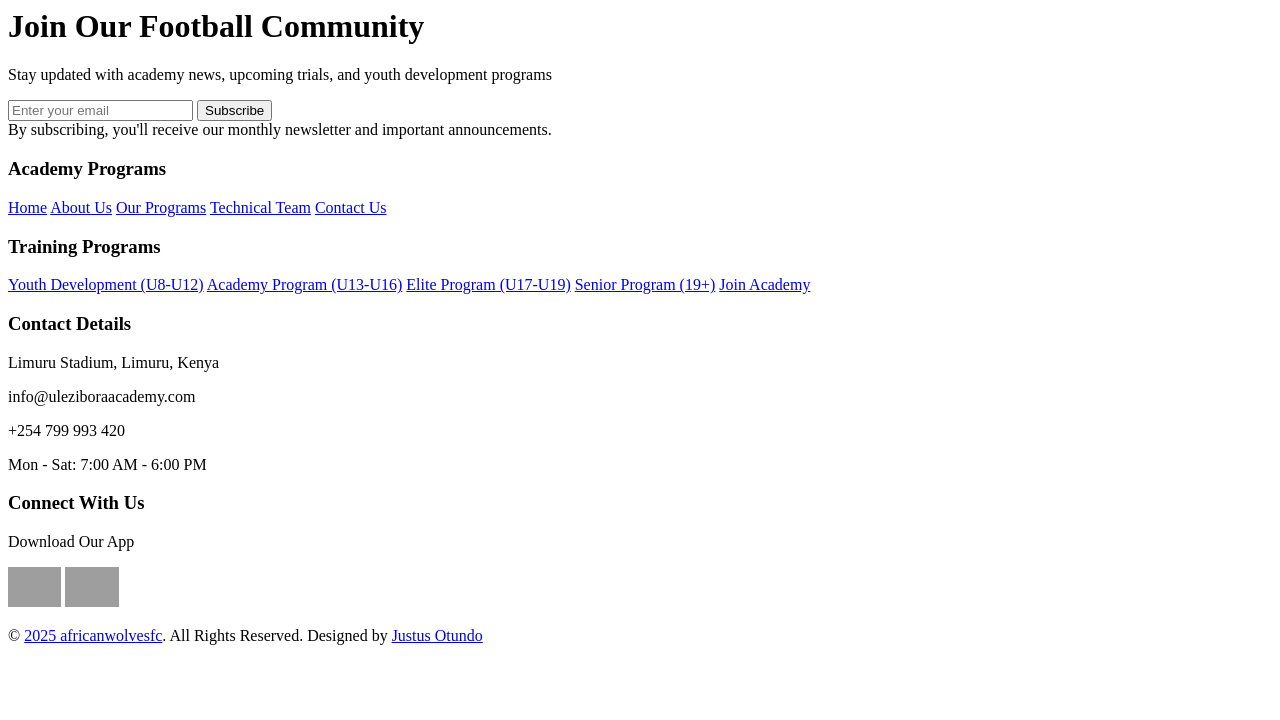
Repository: Justus-Otundo/uleziborafc
Page: footer.html
These files come from the project's save history. The page is drawn as it stood at one moment and after the next save; the edit follows.
The browser window is 1280 px wide. The pictures show the whole page.
Pictures or frames that could not be fetched are drawn as grey boxes.

Above is the page before, as saved 2025-07-15 12:57:54.

### footer.html
<!-- Footer Start -->
<div class="container-fluid bg-primary newsletter-section p-5">
    <div class="row g-5">
        <div class="col-12 text-center">
            <h1 class="display-5 mb-4 text-white">Join Our Football Community</h1>
            <p class="text-white-50 mb-4">Stay updated with academy news, upcoming trials, and youth development programs</p>
            <form class="newsletter-form mx-auto" style="max-width: 600px;">
                <div class="input-group">
                    <input type="email" class="form-control border-light p-3" placeholder="Enter your email" required>
                    <button class="btn btn-light px-4 py-3" type="submit">
                        <i class="fas fa-paper-plane me-2"></i>Subscribe
                    </button>
                </div>
                <div class="form-text text-white-50 mt-2">By subscribing, you'll receive our monthly newsletter and important announcements.</div>
            </form>
        </div>
    </div>
</div>
<div class="container-fluid bg-dark text-secondary p-5">
    <div class="row g-5">
        <div class="col-lg-3 col-md-6">
            <h3 class="text-white mb-4">Academy Programs</h3>
            <div class="d-flex flex-column justify-content-start">
                <a class="text-secondary mb-2" href="index.html"><i class="fas fa-angle-right text-primary me-2"></i>Home</a>
                <a class="text-secondary mb-2" href="about.html"><i class="fas fa-angle-right text-primary me-2"></i>About Us</a>
                <a class="text-secondary mb-2" href="service.html"><i class="fas fa-angle-right text-primary me-2"></i>Our Programs</a>
                <a class="text-secondary mb-2" href="coachingstaff.html"><i class="fas fa-angle-right text-primary me-2"></i>Technical Team</a>
                <a class="text-secondary" href="contact.html"><i class="fas fa-angle-right text-primary me-2"></i>Contact Us</a>
            </div>
        </div>
        <div class="col-lg-3 col-md-6">
            <h3 class="text-white mb-4">Training Programs</h3>
            <div class="d-flex flex-column justify-content-start">
                <a class="text-secondary mb-2" href="service.html#youth"><i class="fas fa-futbol text-primary me-2"></i>Youth Development (U8-U12)</a>
                <a class="text-secondary mb-2" href="service.html#academy"><i class="fas fa-futbol text-primary me-2"></i>Academy Program (U13-U16)</a>
                <a class="text-secondary mb-2" href="service.html#elite"><i class="fas fa-futbol text-primary me-2"></i>Elite Program (U17-U19)</a>
                <a class="text-secondary mb-2" href="service.html#senior"><i class="fas fa-futbol text-primary me-2"></i>Senior Program (19+)</a>
                <a class="text-secondary" href="registration.html"><i class="fas fa-user-plus text-primary me-2"></i>Join Academy</a>
            </div>
        </div>
        <div class="col-lg-3 col-md-6">
            <h3 class="text-white mb-4">Contact Details</h3>
            <p class="mb-2"><i class="fas fa-map-marker-alt text-primary me-2"></i>Limuru Stadium, Limuru, Kenya</p>
            <p class="mb-2"><i class="fas fa-envelope text-primary me-2"></i>info@uleziboraacademy.com</p>
            <p class="mb-2"><i class="fas fa-phone text-primary me-2"></i>+254 799 993 420</p>
            <p class="mb-0"><i class="fas fa-clock text-primary me-2"></i>Mon - Sat: 7:00 AM - 6:00 PM</p>
        </div>
        <div class="col-lg-3 col-md-6">
            <h3 class="text-white mb-4">Connect With Us</h3>
            <div class="d-flex">
                <a class="btn btn-light btn-square rounded-circle me-2" href="#" title="Follow us on Twitter">
                    <i class="fab fa-twitter"></i>
                </a>
                <a class="btn btn-light btn-square rounded-circle me-2" href="#" title="Like us on Facebook">
                    <i class="fab fa-facebook-f"></i>
                </a>
                <a class="btn btn-light btn-square rounded-circle me-2" href="#" title="Follow us on Instagram">
                    <i class="fab fa-instagram"></i>
                </a>
                <a class="btn btn-light btn-square rounded-circle" href="#" title="Watch us on YouTube">
                    <i class="fab fa-youtube"></i>
                </a>
            </div>
            <div class="mt-4">
                <p class="text-secondary mb-2">Download Our App</p>
                <div class="d-flex">
                    <a class="me-2" href="#"><img src="img/google-play.png" alt="Get it on Google Play" height="40"></a>
                    <a href="#"><img src="img/app-store.png" alt="Download on App Store" height="40"></a>
                </div>
            </div>
        </div>
    </div>
</div>
<div class="container-fluid bg-dark text-secondary text-center border-top py-4 px-5" style="border-color: rgba(256, 256, 256, .1) !important;">
    <p class="m-0">&copy; <a class="text-secondary border-bottom" href="#">2025 africanwolvesfc</a>. All Rights Reserved. Designed by <a class="text-secondary border-bottom" href="https://justus-otundo.github.io/justus-otundo/">Justus Otundo</a></p>
</div>
<!-- Footer End -->

After the next save:
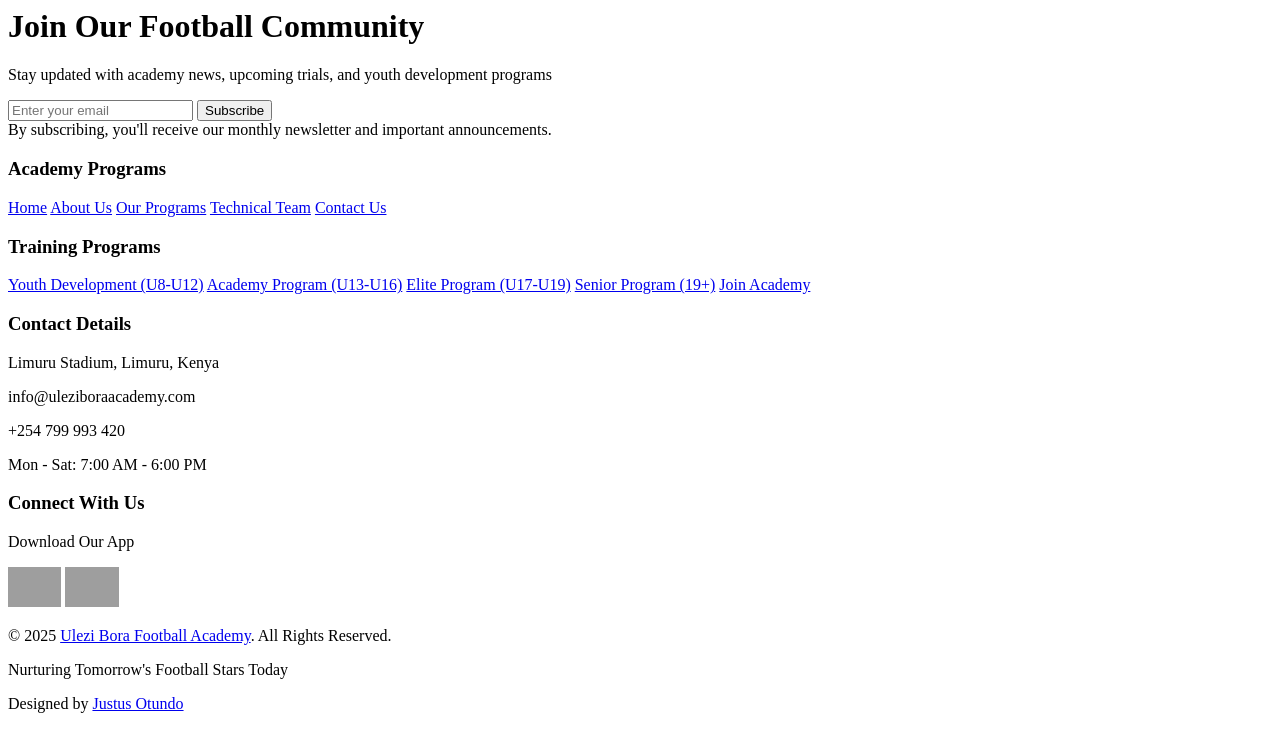
Saved 15 s later.
--- a/footer.html
+++ b/footer.html
@@ -72,6 +72,12 @@
     </div>
 </div>
 <div class="container-fluid bg-dark text-secondary text-center border-top py-4 px-5" style="border-color: rgba(256, 256, 256, .1) !important;">
-    <p class="m-0">&copy; <a class="text-secondary border-bottom" href="#">2025 africanwolvesfc</a>. All Rights Reserved. Designed by <a class="text-secondary border-bottom" href="https://justus-otundo.github.io/justus-otundo/">Justus Otundo</a></p>
+    <div class="row">
+        <div class="col-12">
+            <p class="m-0">&copy; 2025 <a class="text-primary fw-bold" href="index.html">Ulezi Bora Football Academy</a>. All Rights Reserved.</p>
+            <p class="text-secondary small mt-2">Nurturing Tomorrow's Football Stars Today</p>
+            <p class="text-secondary small">Designed by <a class="text-secondary border-bottom" href="https://justus-otundo.github.io/justus-otundo/" target="_blank">Justus Otundo</a></p>
+        </div>
+    </div>
 </div>
 <!-- Footer End -->
